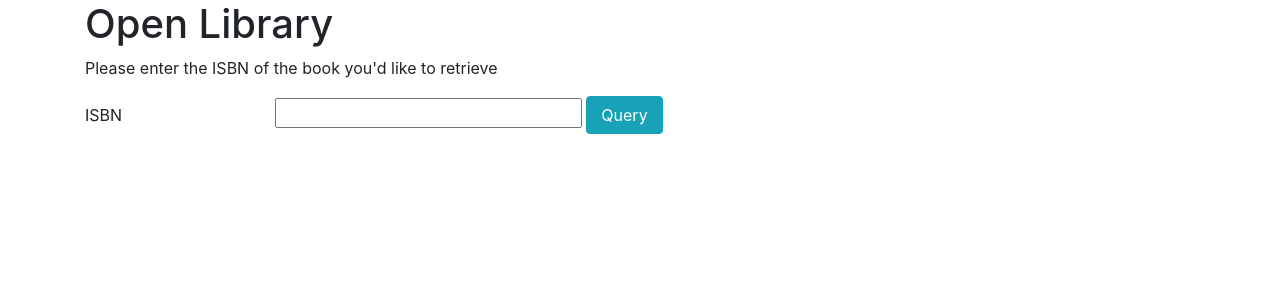
Repository: Voraphi/Jesus_Caballero-CST336-MIDTERM
Page: exams/midterm/index.html
The author's editor kept a record of every edit. The page is drawn from the files as they stood at one moment, then again after the next edit.
The browser window is 1280 px wide. The pictures show the whole page.

Above is the page before.

### exams/midterm/index.html
<!DOCTYPE html>
<html>
    <head>
        <title>Library Query</title>
        <link rel="stylesheet" href="css/styles.css" type="text/css" />
        <link href="https://stackpath.bootstrapcdn.com/bootstrap/4.4.1/css/bootstrap.min.css" rel="stylesheet" integrity="sha384-Vkoo8x4CGsO3+Hhxv8T/Q5PaXtkKtu6ug5TOeNV6gBiFeWPGFN9MuhOf23Q9Ifjh" crossorigin="anonymous">
        <script src="https://code.jquery.com/jquery-3.4.1.min.js" integrity="sha256-CSXorXvZcTkaix6Yvo6HppcZGetbYMGWSFlBw8HfCJo=" crossorigin="anonymous"></script>

    </head>
    <body class="container">
        <div clas="query jumbotron">
            <h1>Open Library</h1>

            <p>Please enter the ISBN of the book you'd like to retrieve</p>

             <div class="form-group row">
                <label for="book-isbn" class="col-sm-2 col-form-label">ISBN</label>
                <div class="col-sm-10">
                    <span><input type="text" name="isbn" id="isbn" class="col-sm-4"/></span>
                    <span><button type="button" class="btn btn-info col-sm-1" id="isbn-query">Query</button></span>
                </div>
            </div>

        </div>

        <div id="book"></div>

        <script type="text/javascript" src="js/functions.js"></script>
    </body>
</html>

### exams/midterm/css/styles.css
.cover {
    border: 5px solid black;
    border-radius: 10px;
}

.info {
    margin: 50px;
    font-size: 25px;
}

### exams/midterm/js/functions.js
$("#isbn-query").on("click", function() {

    var bookISBN = $("#isbn").val();

    $.ajax({
        method: "GET",
        url: "https://openlibrary.org/api/books?",
        // dataType: "json",
        data: { "bibkeys" : "ISBN:" + bookISBN,
                "format" : "json",
                "jscmd" : "data" },
        success: function(result, status) {
            console.log(result);
            $(".book-info").html('<img class="col-sm-3 cover" src="' + result["ISBN:" + bookISBN].cover.medium + '">'
                                 + '<div class="col-sm-4 info">' + '</div>');
            $(".info").html('<div> Title : ' + result["ISBN:" + bookISBN].title
                            + '</div>' + '<div> Author: ' + result["ISBN:" + bookISBN].authors[0].name + '</div>'
                            + '<div> Publish: ' + result["ISBN:" + bookISBN].publish_date + '</div>'
                            + '<div> Publisher: ' + result["ISBN:" + bookISBN].publishers[0].name + '</div>'
                            + '<div> ISBN: ' + bookISBN + '</div>'
                            + '<div> Pages: ' + result["ISBN:" + bookISBN].number_of_pages + '</div>');

        }
    });
});

After the next edit:
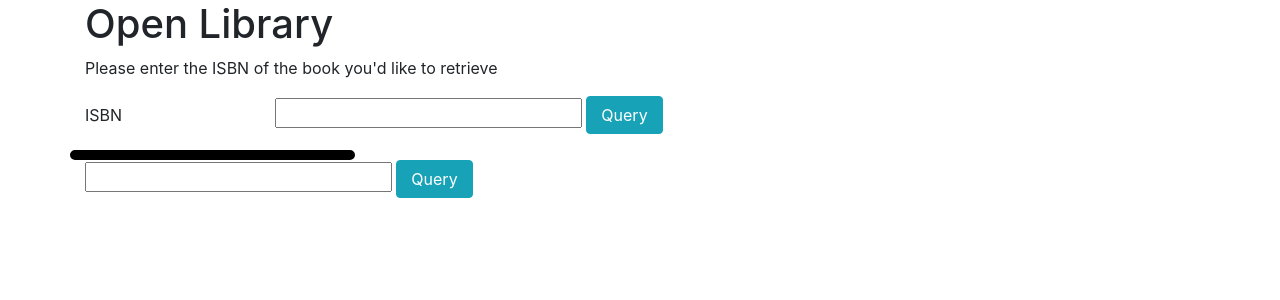
The edit:
--- a/exams/midterm/index.html
+++ b/exams/midterm/index.html
@@ -23,7 +23,15 @@
 
         </div>
 
-        <div id="book"></div>
+        <div id="book">
+            <div class="form-group row">
+                <img src="" class="col-sm-3 cover">
+                <div class="col-sm-10">
+                    <span><input type="text" name="isbn" id="isbn" class="col-sm-4"/></span>
+                    <span><button type="button" class="btn btn-info col-sm-1" id="isbn-query">Query</button></span>
+                </div>
+            </div>
+        </div>
 
         <script type="text/javascript" src="js/functions.js"></script>
     </body>
